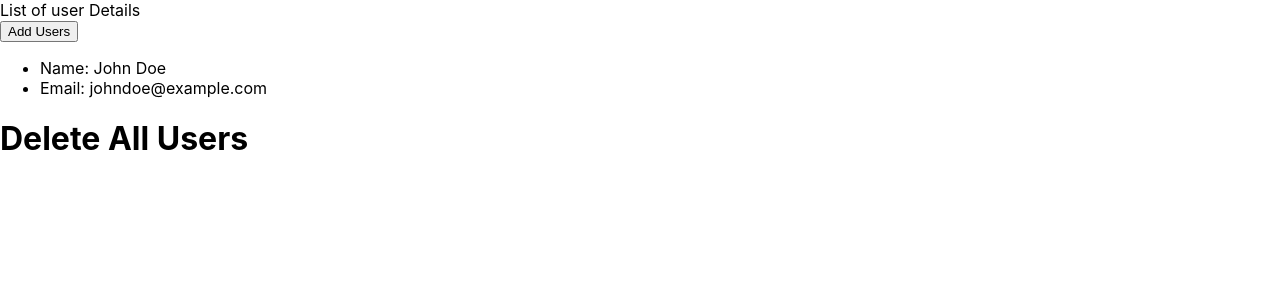
Repository: Gulzarokz/React_Course_Review
Page: / (app in reduxtoolkit/)
The author's editor kept a copy of each file at every save. The page is drawn from the files as they stood at one save, then again after the next save.
The browser window is 1280 px wide. The pictures show the whole page.
The project was rebuilt for these pictures with package versions that can differ from the ones it lists, and the page was loaded fresh each time. Also part of the build but not shown: reduxtoolkit/src/App.css.

Above is the page before, as saved 2026-05-15 10:05:07.

After the next save:
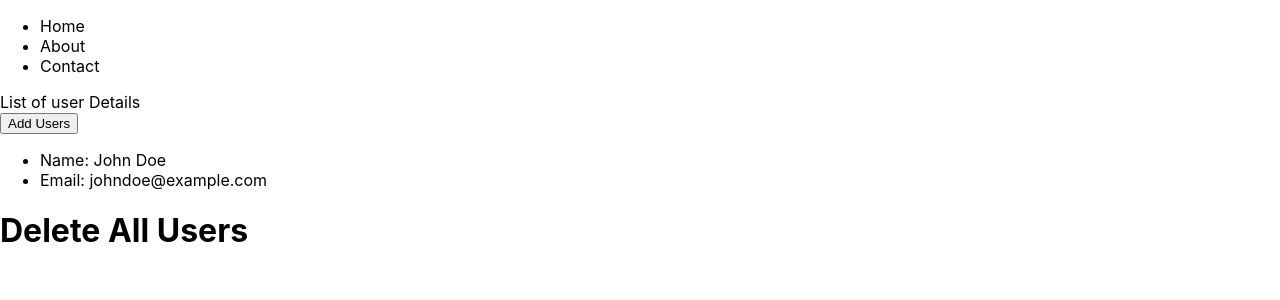
Saved 2 min 32 s later.
--- a/reduxtoolkit/src/components/Navbar.jsx
+++ b/reduxtoolkit/src/components/Navbar.jsx
@@ -4,6 +4,13 @@ import UserDetails from './UserDetails'
 const Navbar = () => {
     return (
         <>
+            <div className="navbar">
+                <ul className="navbar-list">
+                    <li>Home</li>
+                    <li>About</li>
+                    <li>Contact</li>
+                </ul>
+            </div>
             <UserDetails />
         </>
     )
